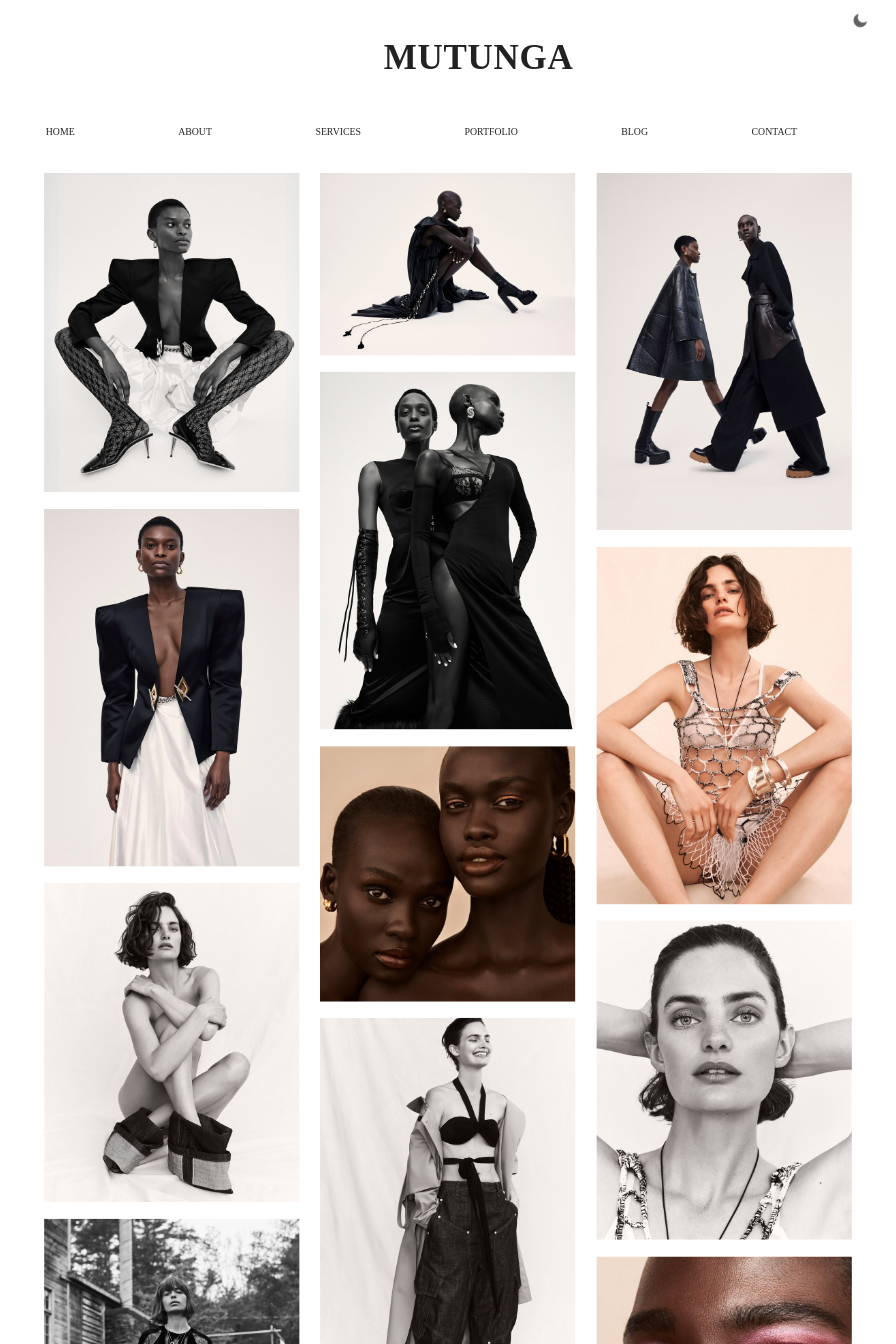
Repository: Jonar254/mutunga-concept-01
Page: index.html
These files come from the project's save history. The page is drawn as it stood at one moment and after the next save; the edit follows.
The browser window is 1280 px wide. The pictures show the part of the page from y = 0 to 1920 px (the page is 8692 px tall before and 9173 px after), at 70% of full size.
Some web fonts or font styles are not loaded; a fallback is used.

Above is the page before, as saved 2024-07-27 12:34:28.

### index.html
<!doctype html>
<!--[if lt IE 7]>      <html class="no-js lt-ie9 lt-ie8 lt-ie7" lang=""> <![endif]-->
<!--[if IE 7]>         <html class="no-js lt-ie9 lt-ie8" lang=""> <![endif]-->
<!--[if IE 8]>         <html class="no-js lt-ie9" lang=""> <![endif]-->
<!--[if gt IE 8]><!--> <html class="no-js" lang="en"> <!--<![endif]-->


<head>
        <meta charset="utf-8">
        <meta name="viewport" content="width=device-width, initial-scale=1">
		<meta name="description" content="">
        <meta name="author" content="IconicThemes">

        <title>Mutunga Photos || Index</title>

		<link rel="shortcut icon" type="image/x-icon" href="img/favicon.png">

        <!-- Font Awesome Icons CSS -->
        <link rel="stylesheet" href="css/font-awesome.min.css">
        <!-- Themify Icons CSS -->
        <link rel="stylesheet" href="css/themify-icons.css">
        <!-- Elegant Font Icons CSS -->
        <link rel="stylesheet" href="css/elegant-font-icons.css">
        <!-- Elegant Line Icons CSS -->
        <link rel="stylesheet" href="css/elegant-line-icons.css">
		<!-- Bootstrap CSS -->
        <link rel="stylesheet" href="css/bootstrap.min.css">
        <!-- CSS Animation -->
        <link rel="stylesheet" href="css/animate.min.css">
		<!-- Venobox CSS -->
        <link rel="stylesheet" href="css/venobox/venobox.css">
		<!-- OWL-Carousel CSS -->
        <link rel="stylesheet" href="css/owl.carousel.css">
        <!-- Slick Nav CSS -->
        <link rel="stylesheet" href="css/slicknav.min.css">
		<!-- Main CSS -->
        <link rel="stylesheet" href="css/main.css">
		<!-- Responsive CSS -->
        <link rel="stylesheet" href="css/responsive.css">


        <script src="js/vendor/modernizr-2.8.3-respond-1.4.2.min.js"></script>
        <script src="https://cdnjs.cloudflare.com/ajax/libs/scrollReveal.js/4.0.9/scrollreveal.min.js" integrity="sha512-Kr+RPfLjQ71E0cJ9nseJ6jwTrnmMnuSPnnsVQQ/ZYYCjOHKfJcWj8ILICXnvf9A7ZQChNzIbr9x/ZAxA6xAZlQ==" crossorigin="anonymous" referrerpolicy="no-referrer"></script>
        <script>
            document.addEventListener('DOMContentLoaded', function() {
              ScrollReveal().reveal('.reveal', {
                duration: 1000,      // Duration of the animation
                easing: 'ease-in-out', // Easing for a smooth animation
                viewFactor: 0.3,     // Percentage of the element that must be within the viewport
                mobile: true,        // Ensures that the animations work on mobile devices
              });
            });
          </script>

    </head>
    <body>
        <!--[if lt IE 8]>
            <p class="browserupgrade">You are using an <strong>outdated</strong> browser. Please <a href="http://browsehappy.com/">upgrade your browser</a> to improve your experience.</p>
        <![endif]-->

        <div class="site-preloader-wrap">
            <div class="spinner"></div>
        </div><!-- Preloader -->

        <header id="header" class="header-section">
            <div class="container-fluid">
                <div class="row d-flex flex-column align-items-center">
                    <div class="col-lg-2 col-md-3 col-sm-4  text-center pt-lg-5 pb-lg-5">
                        <div class="site-branding">
                            <a href="index.html"><h2 class="site-title">MUTUNGA</h2></a>
                        </div>
                    </div>
                    <div id="theme-toggle" class="theme-toggle">
                        <button id="theme-toggle" class="theme-toggle"><img src="img/sun.png" alt="Toggle Theme" class="theme-icon"></button>
                    </div>
                    <div class="col-12 text-center">
                        <ul id="mainmenu" class="nav navbar-nav nav-menu">
                            <li class="nav-item active"><a href="index.html" class="nav-link">Home</a></li>
                            <li class="nav-item"><a href="#" class="nav-link">About</a></li>
                            <li class="nav-item"><a href="#" class="nav-link">Services</a></li>
                            <li class="nav-item"><a href="#" class="nav-link">Portfolio</a></li>
                            <li class="nav-item"><a href="#" class="nav-link">Blog</a></li>
                            <li class="nav-item"><a href="#" class="nav-link">Contact</a></li>
                        </ul>
                    </div>
                    <!-- Theme toggle button -->

                </div>
            </div>
        </header>



       <!--<div class="header-height"></div>-->



        <section class="portfolio-section padding">
        <div class="container-fluid px-lg-5">
            <!-- <div class="row">
                 <ul class="portfolio-filter text-center mb-30">
                     <li class="active" data-filter="*">All</li>
                     <li data-filter=".branding">Branding</li>
                     <li data-filter=".design">Design</li>
                     <li data-filter=".wordpress">Wordpress</li>
                     <li data-filter=".marketing">Marketing</li>
                 </ul> /.Work filter
             </div> -->

             <div class="row portfolio-items">
                <div class="col-12 col-md-6 col-lg-4 col-xl- mb-4 reveal single-item" >
                    <div class="portfolio-box">
                        <img src="img/lara (19).jpg" alt="img">

                    </div>
                </div><!-- /Portfolio-19 -->

                 <div class="col-12 col-md-6 col-lg-4 col-xl- mb-4 reveal single-item" >
                    <div class="portfolio-box">
                        <img src="img/lara (16).jpg" alt="img">

                    </div>
                </div><!-- /Portfolio-16 -->
                <div class="col-12 col-md-6 col-lg-4 col-xl- mb-4 reveal single-item" >
                    <div class="portfolio-box">
                        <img src="img/lara (20).jpg" alt="img">

                    </div>
                </div><!-- /Portfolio-20 -->
                <div class="col-12 col-md-6 col-lg-4 col-xl- mb-4 reveal single-item ">
                    <div class="portfolio-box">
                        <img src="img/lara (17).jpg" alt="img">

                    </div>
                </div>
                 <div class="col-12 col-md-6 col-lg-4 col-xl- mb-4 reveal single-item" >
                    <div class="portfolio-box">
                        <img src="img/lara (18).jpg" alt="img">

                    </div>
                </div><!-- /Portfolio-18 -->


                <div class="col-12 col-md-6 col-lg-4 col-xl- mb-4 reveal single-item" >
                    <div class="portfolio-box">
                        <img src="img/lara (13).jpg" alt="img">

                    </div>
                </div><!-- /Portfolio-13 -->
                 <!-- /Portfolio-1 -->
                 <div class="col-12 col-md-6 col-lg-4 col-xl- mb-4 reveal single-item ">
                     <div class="portfolio-box">
                         <img src="img/lara (2).jpeg" alt="img">

                     </div>
                 </div>
                 <div class="col-12 col-md-6 col-lg-4 col-xl- mb-4 reveal single-item" >
                    <div class="portfolio-box">
                        <img src="img/lara (12).jpg" alt="img">

                    </div>
                </div><!-- /Portfolio-12 -->



                <div class="col-12 col-md-6 col-lg-4 col-xl- mb-4 reveal single-item" >
                    <div class="portfolio-box">
                        <img src="img/lara (14).jpg" alt="img">

                    </div>
                </div><!-- /Portfolio-14 -->

                <div class="col-12 col-md-6 col-lg-4 col-xl- mb-4 reveal single-item" >
                    <div class="portfolio-box">
                        <img src="img/lara (15).jpg" alt="img">

                    </div>
                </div><!-- /Portfolio-15 -->



                <div class="col-12 col-md-6 col-lg-4 col-xl- mb-4 reveal single-item" >
                    <div class="portfolio-box">
                        <img src="img/lara (4).jpg" alt="img">

                    </div>
                </div><!-- /Portfolio-17 -->

                 <!-- /Portfolio-2 -->
                 <div class="col-12 col-md-6 col-lg-4 col-xl- mb-4 reveal single-item ">
                     <div class="portfolio-box">
                         <img src="img/lara (3).jpeg" alt="img">

                     </div>
                 </div><!-- /Portfolio-3 -->
                 <div class="col-12 col-md-6 col-lg-4 col-xl- mb-4 reveal single-item ">
                     <div class="portfolio-box">
                         <img src="img/lara (1).jpg" alt="img">

                     </div>
                 </div><!-- /Portfolio-4 -->
                 <div class="col-12 col-md-6 col-lg-4 col-xl- mb-4 reveal single-item " >
                     <div class="portfolio-box">
                         <img src="img/lara (5).jpeg" alt="img">

                     </div>
                 </div><!-- /Portfolio-5 -->
                 <div class="col-12 col-md-6 col-lg-4 col-xl- mb-4 reveal single-item " >
                     <div class="portfolio-box">
                         <img src="img/lara (6).jpeg" alt="img">

                     </div>
                 </div><!-- /Portfolio-6 -->
                 <div class="col-12 col-md-6 col-lg-4 col-xl- mb-4 reveal single-item " >
                     <div class="portfolio-box">
                         <img src="img/lara (7).jpeg" alt="img">

                     </div>
                 </div><!-- /Portfolio-7 -->
                 <div class="col-12 col-md-6 col-lg-4 col-xl- mb-4 reveal single-item " >
                     <div class="portfolio-box">
                         <img src="img/lara (8).jpg" alt="img">

                     </div>
                 </div><!-- /Portfolio-8 -->
                 <div class="col-12 col-md-6 col-lg-4 col-xl- mb-4 reveal single-item" >
                     <div class="portfolio-box">
                         <img src="img/lara (9).jpg" alt="img">

                     </div>
                 </div><!-- /Portfolio-9 -->
                 <!-- Portfolio Items from 10 to 20 -->
<div class="col-12 col-md-6 col-lg-4 col-xl- mb-4 reveal single-item" >
    <div class="portfolio-box">
        <img src="img/lara (10).jpg" alt="img">

    </div>
</div><!-- /Portfolio-10 -->

<div class="col-12 col-md-6 col-lg-4 col-xl- mb-4 reveal single-item" >
    <div class="portfolio-box">
        <img src="img/lara (11).jpg" alt="img">

    </div>
</div><!-- /Portfolio-11 -->




<!-- Portfolio Items from 41 to 60 -->
<div class="col-12 col-md-6 col-lg-4 col-xl- mb-4 reveal single-item" >
    <div class="portfolio-box">
        <img src="img/lara (41).jpg" alt="img">

    </div>
</div><!-- /Portfolio-41 -->

<div class="col-12 col-md-6 col-lg-4 col-xl- mb-4 reveal single-item" >
    <div class="portfolio-box">
        <img src="img/lara (42).jpg" alt="img">

    </div>
</div><!-- /Portfolio-42 -->

<div class="col-12 col-md-6 col-lg-4 col-xl- mb-4 reveal single-item" >
    <div class="portfolio-box">
        <img src="img/lara (43).jpg" alt="img">

    </div>
</div><!-- /Portfolio-43 -->

<div class="col-12 col-md-6 col-lg-4 col-xl- mb-4 reveal single-item" >
    <div class="portfolio-box">
        <img src="img/lara (44).jpg" alt="img">

    </div>
</div><!-- /Portfolio-44 -->

<div class="col-12 col-md-6 col-lg-4 col-xl- mb-4 reveal single-item" >
    <div class="portfolio-box">
        <img src="img/lara (45).jpg" alt="img">

    </div>
</div><!-- /Portfolio-45 -->

<div class="col-12 col-md-6 col-lg-4 col-xl- mb-4 reveal single-item" >
    <div class="portfolio-box">
        <img src="img/lara (46).jpg" alt="img">

    </div>
</div><!-- /Portfolio-46 -->

<div class="col-12 col-md-6 col-lg-4 col-xl- mb-4 reveal single-item" >
    <div class="portfolio-box">
        <img src="img/lara (47).jpg" alt="img">

    </div>
</div><!-- /Portfolio-47 -->

<div class="col-12 col-md-6 col-lg-4 col-xl- mb-4 reveal single-item" >
    <div class="portfolio-box">
        <img src="img/lara (48).jpg" alt="img">

    </div>
</div><!-- /Portfolio-48 -->

<div class="col-12 col-md-6 col-lg-4 col-xl- mb-4 reveal single-item" >
    <div class="portfolio-box">
        <img src="img/lara (49).jpg" alt="img">

    </div>
</div><!-- /Portfolio-49 -->

<div class="col-12 col-md-6 col-lg-4 col-xl- mb-4 reveal single-item" >
    <div class="portfolio-box">
        <img src="img/lara (50).jpg" alt="img">

    </div>
</div><!-- /Portfolio-50 -->
<!-- Portfolio Items from 21 to 40 -->
<div class="col-12 col-md-6 col-lg-4 col-xl- mb-4 reveal single-item" >
    <div class="portfolio-box">
        <img src="img/lara (21).jpg" alt="img">

    </div>
</div><!-- /Portfolio-21 -->

<div class="col-12 col-md-6 col-lg-4 col-xl- mb-4 reveal single-item" >
    <div class="portfolio-box">
        <img src="img/lara (22).jpg" alt="img">

    </div>
</div><!-- /Portfolio-22 -->

<div class="col-12 col-md-6 col-lg-4 col-xl- mb-4 reveal single-item" >
    <div class="portfolio-box">
        <img src="img/lara (23).jpg" alt="img">

    </div>
</div><!-- /Portfolio-23 -->

<div class="col-12 col-md-6 col-lg-4 col-xl- mb-4 reveal single-item" >
    <div class="portfolio-box">
        <img src="img/lara (24).jpg" alt="img">

    </div>
</div><!-- /Portfolio-24 -->

<div class="col-12 col-md-6 col-lg-4 col-xl- mb-4 reveal single-item" >
    <div class="portfolio-box">
        <img src="img/lara (25).jpg" alt="img">

    </div>
</div><!-- /Portfolio-25 -->

<div class="col-12 col-md-6 col-lg-4 col-xl- mb-4 reveal single-item" >
    <div class="portfolio-box">
        <img src="img/lara (26).jpg" alt="img">

    </div>
</div><!-- /Portfolio-26 -->

<div class="col-12 col-md-6 col-lg-4 col-xl- mb-4 reveal single-item" >
    <div class="portfolio-box">
        <img src="img/lara (27).jpg" alt="img">

    </div>
</div><!-- /Portfolio-27 -->

<div class="col-12 col-md-6 col-lg-4 col-xl- mb-4 reveal single-item" >
    <div class="portfolio-box">
        <img src="img/lara (28).jpg" alt="img">

    </div>
</div><!-- /Portfolio-28 -->

<div class="col-12 col-md-6 col-lg-4 col-xl- mb-4 reveal single-item" >
    <div class="portfolio-box">
        <img src="img/lara (29).jpg" alt="img">

    </div>
</div><!-- /Portfolio-29 -->

<div class="col-12 col-md-6 col-lg-4 col-xl- mb-4 reveal single-item" >
    <div class="portfolio-box">
        <img src="img/lara (30).jpg" alt="img">

    </div>
</div><!-- /Portfolio-30 -->

<div class="col-12 col-md-6 col-lg-4 col-xl- mb-4 reveal single-item" >
    <div class="portfolio-box">
        <img src="img/lara (31).jpg" alt="img">

    </div>
</div><!-- /Portfolio-31 -->

<div class="col-12 col-md-6 col-lg-4 col-xl- mb-4 reveal single-item" >
    <div class="portfolio-box">
        <img src="img/lara (32).jpg" alt="img">

    </div>
</div><!-- /Portfolio-32 -->

<div class="col-12 col-md-6 col-lg-4 col-xl- mb-4 reveal single-item" >
    <div class="portfolio-box">
        <img src="img/lara (33).jpg" alt="img">

    </div>
</div><!-- /Portfolio-33 -->

<div class="col-12 col-md-6 col-lg-4 col-xl- mb-4 reveal single-item" >
    <div class="portfolio-box">
        <img src="img/lara (34).jpg" alt="img">

    </div>
</div><!-- /Portfolio-34 -->

<div class="col-12 col-md-6 col-lg-4 col-xl- mb-4 reveal single-item" >
    <div class="portfolio-box">
        <img src="img/lara (35).jpg" alt="img">

    </div>
</div><!-- /Portfolio-35 -->

<div class="col-12 col-md-6 col-lg-4 col-xl- mb-4 reveal single-item" >
    <div class="portfolio-box">
        <img src="img/lara (36).jpg" alt="img">

    </div>
</div><!-- /Portfolio-36 -->

<div class="col-12 col-md-6 col-lg-4 col-xl- mb-4 reveal single-item" >
    <div class="portfolio-box">
        <img src="img/lara (37).jpg" alt="img">

    </div>
    </div><!-- /Portfolio-37 -->

<div class="col-12 col-md-6 col-lg-4 col-xl- mb-4 reveal single-item" >
    <div class="portfolio-box">
        <img src="img/lara (38).jpg" alt="img">

    </div>
</div><!-- /Portfolio-38 -->

<div class="col-12 col-md-6 col-lg-4 col-xl- mb-4 reveal single-item" >
    <div class="portfolio-box">
        <img src="img/lara (39).jpg" alt="img">

    </div>
</div><!-- /Portfolio-39 -->

<div class="col-12 col-md-6 col-lg-3 col-xl- mb-4 reveal single-item" >
    <div class="portfolio-box">
        <img src="img/lara (40).jpg" alt="img" >

    </div>
</div><!-- /Portfolio-40 -->


             </div>
             <!--
             <div class="load-more-btn text-center mt-30">
                 <a href="#" class="default-btn">Load More Projects</a>
             </div>-->
         </div>
        </section>

<!--
        <section class="footer-widget-section padding">
            <div class="container">
                <div class="row">
                    <div class="col-md-4 col-sm-6 xs-padding">
                        <div class="footer-widget">
                            <h2 class="text-white">Stela.</h2>
                            <div class="sep"></div>
                            <p class="mb-0">Stela will help you to make any website like creative startups, professional photographer, portfolio agency or other business very easily as it has been coded in Bootstrap and CSS3.</p>
                        </div>
                    </div>
                    <div class="col-md-4 col-sm-6 xs-padding">
                        <div class="footer-widget">
                            <ul class="address">
                                <li><i class="fa fa-phone"></i> <a href="mailto:+12345678905">+1234 567 8905</a></li>
                                <li><i class="fa fa-envelope-o"></i> <a href="mailto:email@yourdomain.com">email@yourdomain.com</a></li>
                                <li><i class="fa fa-map-marker"></i> 60 Grand Avenue. Central New Road 0708, USA</li>
                            </ul>
                            <ul class="social-icon">
                                <li class="facebook"><a href="#"><i class="fa fa-facebook"></i></a></li>
                                <li class="twitter"><a href="#"><i class="fa fa-twitter"></i></a></li>
                                <li class="instagram"><a href="#"><i class="fa fa-instagram"></i></a></li>
                                <li class="pinterest"><a href="#"><i class="fa fa-pinterest"></i></a></li>
                                <li class="dribbble"><a href="#"><i class="fa fa-dribbble"></i></a></li>
                            </ul>
                        </div>
                    </div>
                    <div class="col-md-4 col-sm-6 xs-padding">
                        <div class="footer-widget">
                            <h2 class="text-white">About me.</h2>
                            <div class="sep"></div>
                            <p class="mb-0">I believe that every client Business more management is a holistic management approach focused on aligning all aspects organization with the wants and needs of clients.</p>
                        </div>
                    </div>
                </div>
            </div>
        </section><!-- /.footer-widget-section -->
        <!--
        <footer class="copyright-text text-center">
            <div class="container">
                <p>&copy; 2024 Mutunga Photos</p>
            </div>
        </footer> /.copyright-text -->

		<a data-scroll href="#header" id="scroll-to-top"><i class="arrow_up"></i></a>

        <script src="js/isotope.pkgd.min.js"></script>
    <script>
        document.addEventListener('DOMContentLoaded', function () {
            var grid = document.querySelector('.grid');
            new Masonry(grid, {
                itemSelector: '.grid-item',
                percentPosition: true,
                columnWidth: '.grid-item'
            });
        });
    </script>

		<!-- jQuery Lib -->

		<script src="js/vendor/jquery-1.12.4.min.js"></script>
		<!-- Bootstrap JS -->
		<script src="js/vendor/bootstrap.min.js"></script>
		<!-- Tether JS -->
		<script src="js/vendor/tether.min.js"></script>
        <!-- Imagesloaded JS -->
        <script src="js/vendor/imagesloaded.pkgd.min.js"></script>
		<!-- OWL-Carousel JS -->
		<script src="js/vendor/owl.carousel.min.js"></script>
		<!-- isotope JS -->
		<script src="js/vendor/jquery.isotope.v3.0.2.js"></script>
		<!-- Smooth Scroll JS -->
		<script src="js/vendor/smooth-scroll.min.js"></script>
		<!-- venobox JS -->
		<script src="js/vendor/venobox.min.js"></script>
        <!-- Slick Nav JS -->
        <script src="js/vendor/jquery.slicknav.min.js"></script>
        <!-- Wow JS -->
		<script src="js/vendor/wow.min.js"></script>
		<!-- Contact JS -->
		<script src="js/contact.js"></script>
		<!-- Main JS -->
		<script src="js/main.js"></script>

    </body>

</html>

Loaded but not shown: css/font-awesome.min.css (library); css/themify-icons.css (library); css/bootstrap.min.css (library); css/animate.min.css (library); css/venobox/venobox.css (common file); css/owl.carousel.css (library); css/slicknav.min.css (common file); js/vendor/modernizr-2.8.3-respond-1.4.2.min.js (library); js/isotope.pkgd.min.js (library); js/vendor/jquery-1.12.4.min.js (library); js/vendor/bootstrap.min.js (library); js/vendor/tether.min.js (library); js/vendor/imagesloaded.pkgd.min.js (library); js/vendor/owl.carousel.min.js (library); js/vendor/jquery.isotope.v3.0.2.js (library); js/vendor/smooth-scroll.min.js (library); js/vendor/venobox.min.js (library); js/vendor/jquery.slicknav.min.js (library); js/vendor/wow.min.js (library); js/main.js (221 lines, source omitted); js/contact.js (49 lines, source omitted); css/main.css (1644 lines, source omitted); css/elegant-font-icons.css (1157 lines, source omitted); css/elegant-line-icons.css (343 lines, source omitted); css/responsive.css (155 lines, source omitted)

After the next save:
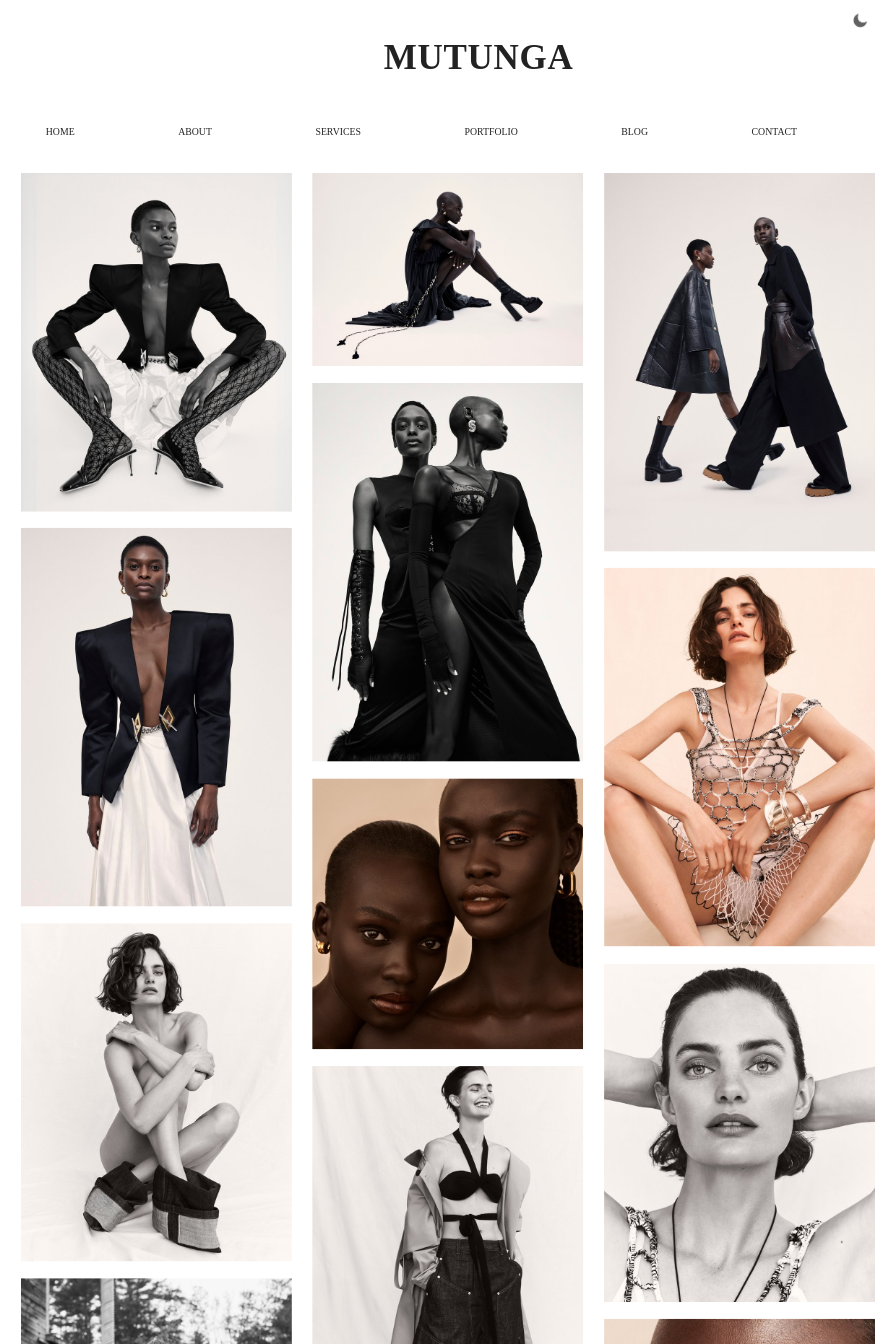
Saved 86 s later.
--- a/index.html
+++ b/index.html
@@ -96,7 +96,7 @@
 
 
         <section class="portfolio-section padding">
-        <div class="container-fluid px-lg-5">
+        <div class="container-fluid">
             <!-- <div class="row">
                  <ul class="portfolio-filter text-center mb-30">
                      <li class="active" data-filter="*">All</li>
